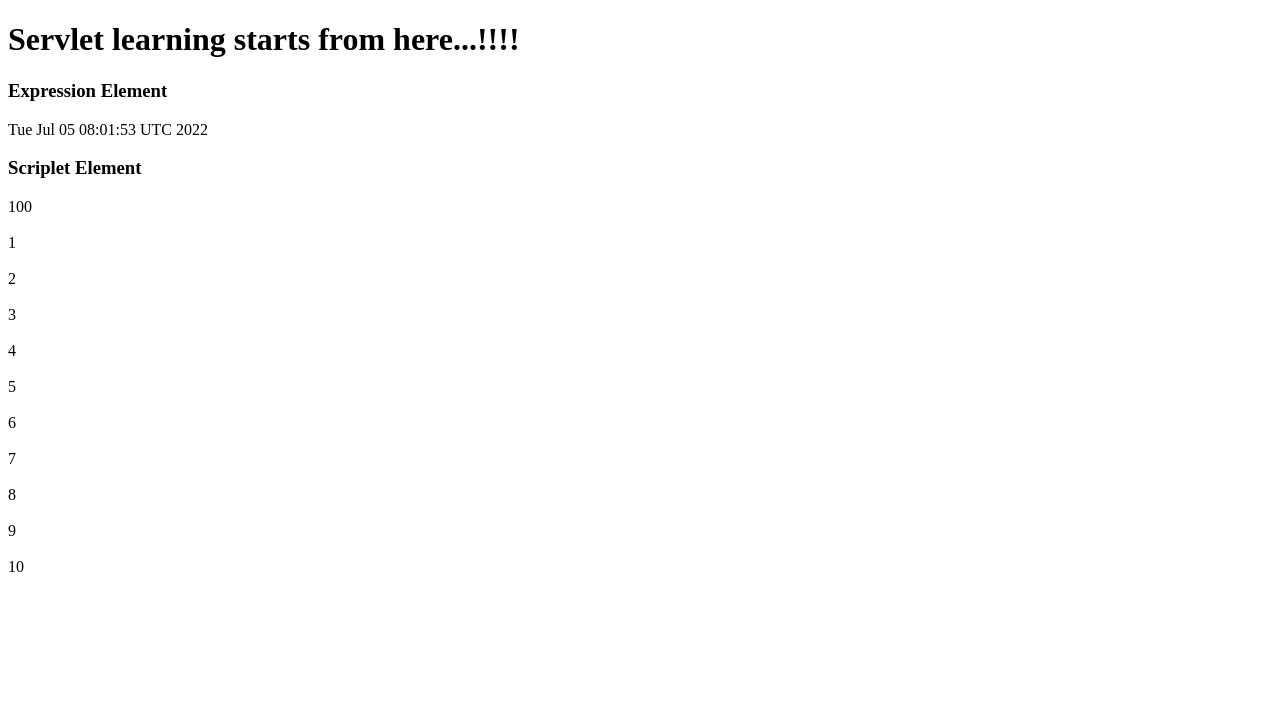
Repository: gkalivar/Java-projects
Page: http://localhost/TestServlet/HelloWorld.jsp
An editor plug-in stored every save of this project. The page is shown before and after the next save, followed by the edit.
The browser window is 1280 px wide. The pictures show the whole page.
The page is served by Tomcat 10.

Above is the page before, as saved 2022-07-05 14:11:49.

After the next save:
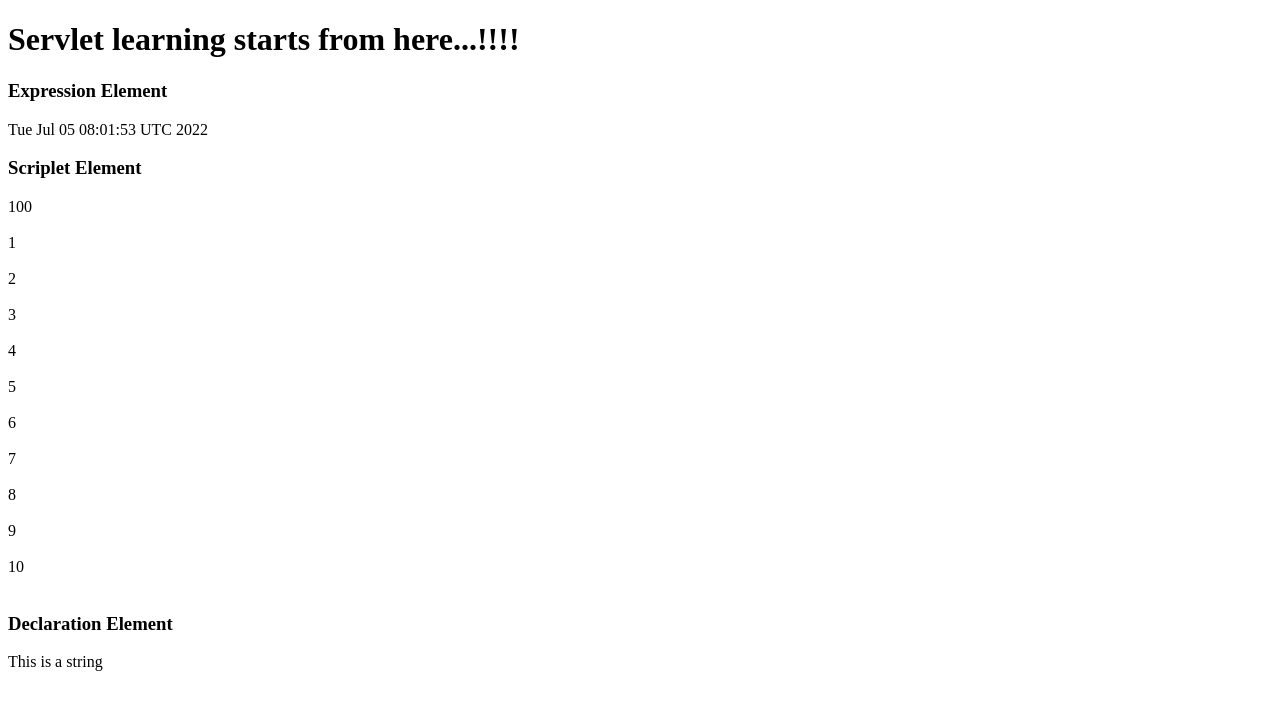
Saved 114 s later.
--- a/TestServlet/src/main/webapp/HelloWorld.jsp
+++ b/TestServlet/src/main/webapp/HelloWorld.jsp
@@ -27,5 +27,19 @@ for (int i =0;i<=10;i++){
 
 
 %>
+
+<h3>Declaration Element</h3>
+
+<%!
+
+	String message(){
+
+	return "This is a string";
+}
+
+%>
+
+<%= message() %>
+
 </body>
 </html>
